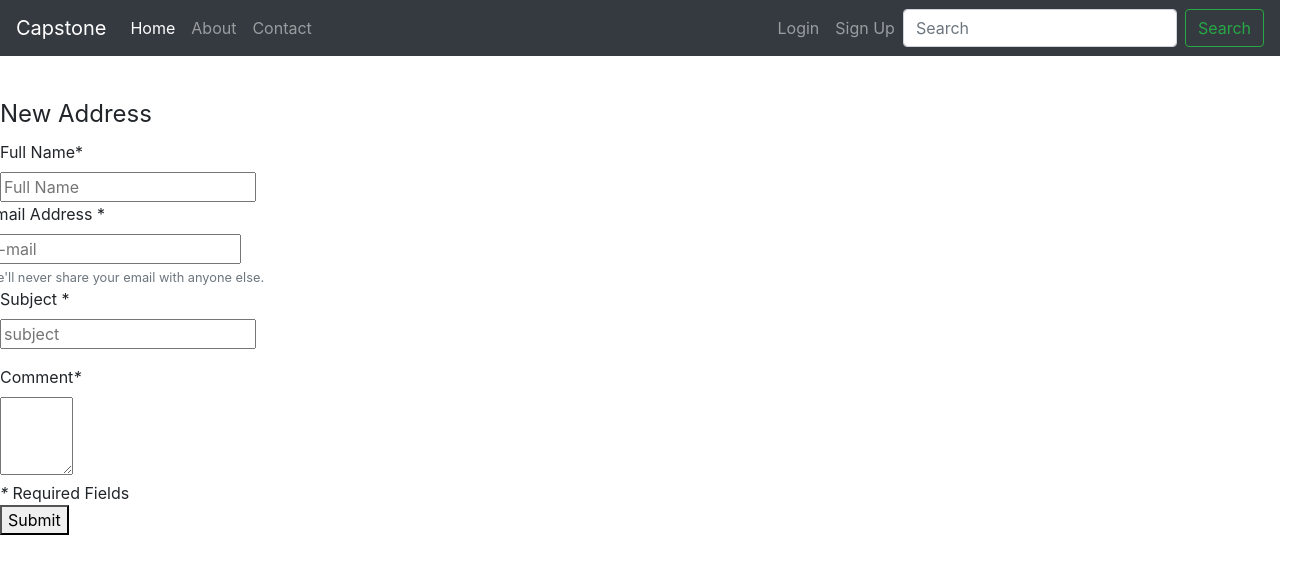
Repository: lionelmwaura/Capstone
Page: http://localhost/ecom/WEB-INF/views/contact.jsp
An editor plug-in stored every save of this project. The page is shown before and after the next save, followed by the edit.
The browser window is 1280 px wide. The page is 1295 px wide, so the pictures cover 1295 px, including what lies to the right of the window. The pictures show the whole page.
The page is served by Tomcat 9. Nobody is signed in. The template is opened directly, without the code that normally fills it, so the values that code supplies are empty.

Above is the page before, as saved 2020-09-29 22:38:37.

After the next save:
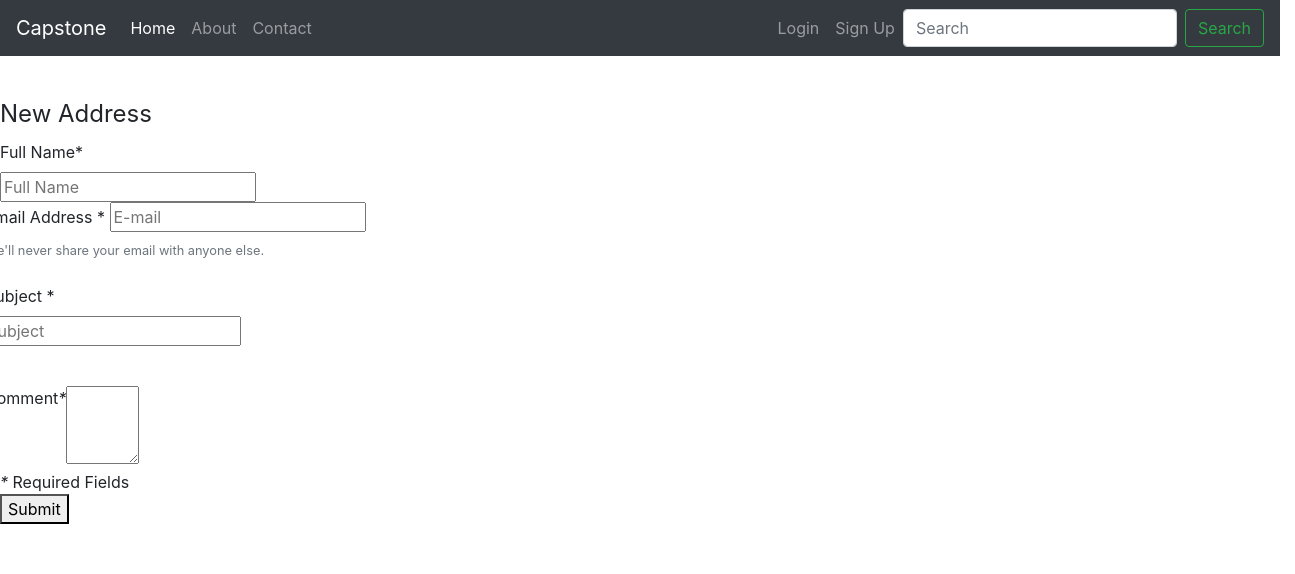
Saved 3 min 15 s later.
--- a/ecom/src/main/webapp/WEB-INF/views/contact.jsp
+++ b/ecom/src/main/webapp/WEB-INF/views/contact.jsp
@@ -28,24 +28,26 @@
                          <div class="row">
                           <div class="input-box">
                             <label for="email"> Email Address <span class="required">*</span> </label>
-                            <br>
                            	<input type="text" id="email" name="email" placeholder="E-mail"  title="E-mail" class="input-text" required>
                           	<small id="emailHelp" class="form-text text-muted">We'll never share your email with anyone else.</small>
                           </div>
                          </div>
+                         <br>
+                         <div class="row">
                           <div class="input-box ">
                             <label for="subject"> Subject <span class="required">*</span> </label>
                             <br>
                             <input type="text" name="subject" placeholder="subject" title="Subject" class="input-text">
                           </div>
+                          </div>
                         </div>
-
+                      <br>
+                      <div class="row">
                         <label for="comment">Comment<em class="required">*</em></label>
-                        <br>
                         <div >
                           <textarea name="message" id="message" title="message" class="input-text" cols="5" rows="3"></textarea>
                         </div>
-
+                   	  </div>
                   </fieldset>
 
                 <span class="require"><em class="required">* </em>Required Fields</span>
